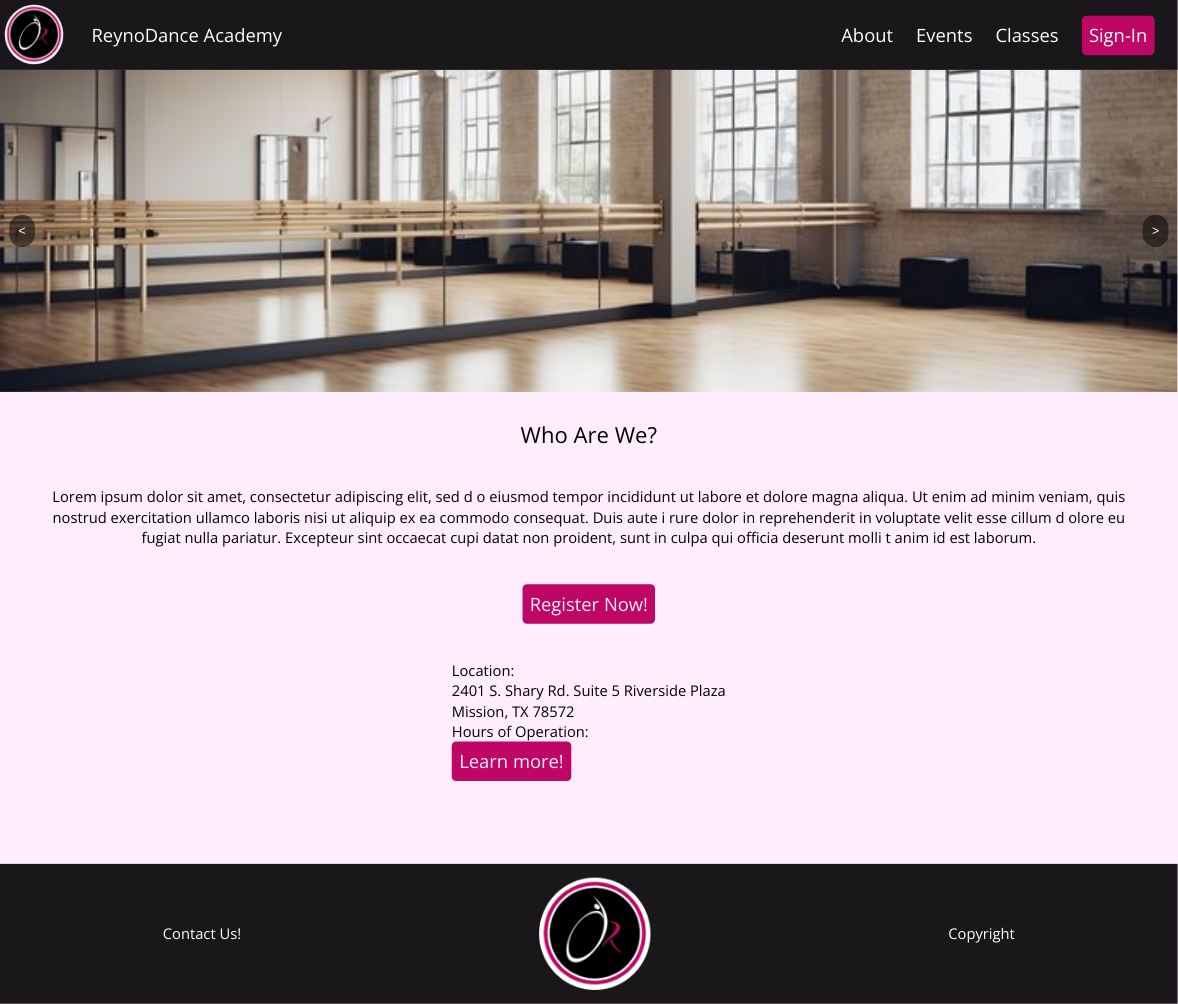
Repository: andreaelpz/reynodance-academy
Page: /
These files come from the project's save history. The page is drawn as it stood at one moment and after the next save; the edit follows.
The browser window is 1280 px wide. The pictures show the whole page, at 92% of full size.
The project was rebuilt for these pictures with package versions that can differ from the ones it lists, and the page was loaded fresh each time. Also part of the build but not shown: angular.json, src/app/about/about.component.ts, src/app/classes/classes.component.ts, src/app/events/events.component.ts, src/app/user/sign-in/sign-in.component.ts, src/app/dashboard/dashboard.component.ts, src/app/user/register/register.component.ts, src/app/login/login.component.ts.

Above is the page before, as saved 2024-11-19 23:31:12.

### src/index.html
<!doctype html>
<html lang="en">
<head>
  <meta charset="utf-8">
  <title>ReynodanceAcademy</title>
  <base href="/">
  <meta name="viewport" content="width=device-width, initial-scale=1">
  <link rel="icon" type="image/x-icon" href="/assets/images/logo.png">
</head>
<body>
  <app-root></app-root>
</body>
</html>

### src/styles.css
/* You can add global styles to this file, and also import other style files */
@import url('https://fonts.googleapis.com/css2?family=Open+Sans:wght@300;400;500;600;700;800&display=swap');

:root {
  --black: rgb(0,0,0,.9);
  --lightPink: #FFEDFE;
  --hotPink: #BE0765;
}

body {
  margin: 0;
  background: var(--lightPink);
  font-family: 'Open Sans', sans-serif;
  font-weight: 300;
  color: white;
}

### src/app/app.module.ts
import { NgModule } from '@angular/core';
import { BrowserModule } from '@angular/platform-browser';
import { FormsModule } from '@angular/forms';
import { AppRoutingModule } from './app-routing.module';

import { AppComponent } from './app.component';
import { NavbarComponent } from './navbar/navbar.component';
import { AboutComponent } from './about/about.component';
import { ClassesComponent } from './classes/classes.component';
import { EventsComponent } from './events/events.component';
import { RegisterComponent } from './user/register/register.component';
import { LoginComponent } from './login/login.component';
import { SignInComponent } from './user/sign-in/sign-in.component';
import { DashboardComponent } from './dashboard/dashboard.component';
import { HomeComponent } from './home/home.component';
import { FooterComponent } from './footer/footer.component';

@NgModule({
  declarations: [
    AppComponent,
    NavbarComponent,
    AboutComponent,
    ClassesComponent,
    EventsComponent,
    RegisterComponent,
    LoginComponent,
    SignInComponent,
    DashboardComponent,
    HomeComponent,
    FooterComponent
  ],
  imports: [
    BrowserModule,
    AppRoutingModule,
    FormsModule
  ],
  providers: [],
  bootstrap: [AppComponent]
})
export class AppModule { }

### src/app/app-routing.module.ts
import { NgModule } from '@angular/core';
import { RouterModule, Routes } from '@angular/router';
import { AboutComponent } from './about/about.component';
import { ClassesComponent } from './classes/classes.component';
import { EventsComponent } from './events/events.component';
import { SignInComponent } from './user/sign-in/sign-in.component';
import { DashboardComponent } from './dashboard/dashboard.component';
import { HomeComponent } from './home/home.component';
import { RegisterComponent } from './user/register/register.component';

const routes: Routes = [
  {path: 'about', component: AboutComponent, title:"About - ReynoDance"},
  {path: 'classes', component: ClassesComponent, title:"Classes - ReynoDance"},
  {path: 'events', component: EventsComponent, title:"Events - ReynoDance"},
  {path: 'register', component: RegisterComponent, title:"Register - ReynoDance"},
  {path: 'sign-in', component: SignInComponent, title:"Sign-In - ReynoDance"},
  {path: 'dashboard', component: DashboardComponent, title:"Dashboard - ReynoDance"},
  {path: '', component: HomeComponent, title:"ReynoDance Academy"}
];

@NgModule({
  imports: [RouterModule.forRoot(routes)],
  exports: [RouterModule]
})
export class AppRoutingModule { }

### src/app/app.component.ts
import { Component } from '@angular/core';

@Component({
  selector: 'app-root',
  templateUrl: './app.component.html',
  styleUrls: ['./app.component.css']
})
export class AppComponent {
  title = 'reynodance-academy';
}

### src/app/home/home.component.ts
import { Component } from '@angular/core';

@Component({
  selector: 'app-home',
  templateUrl: './home.component.html',
  styleUrls: ['./home.component.css']
})
export class HomeComponent {
  images: string[] = ['studio.jpg', 'girls.jpg', 'solo.jpg'];
  currentIndex: number = 0;

  nextPic(): number{
    this.currentIndex++;

    if (this.currentIndex === this.images.length){
      this.currentIndex = 0;
    }

    return this.currentIndex;
  }

  prevPic(): number{
    if (this.currentIndex === 0){
      this.currentIndex = this.images.length - 1;
      return this.currentIndex;
    }

    this.currentIndex--;

    return this.currentIndex;
  }

  getImagePath(): string{
    return `/assets/images/${this.images[this.currentIndex]}`;
  }
}

### src/app/navbar/navbar.component.html
<div class = "container">
  <div class = "left">
    <a href = ""> <img class = "logo" src="/assets/images/logo.png" alt="Logo"/> </a>
    <a href = "">ReynoDance Academy</a>
  </div>
  <div class = "right">
    <a href = "/about">About</a>
    <a href = "/events">Events</a>
    <a href = "/classes">Classes</a>
    <a class = "sign-in" href = "/sign-in">Sign-In</a>
  </div>
</div>

### src/app/navbar/navbar.component.css
.container{
  display: flex;
  justify-content: space-between;
  font-size: 20px;
  background-color: var(--black);
}

.left{
  display: flex;
  align-items: center;
  margin-left: 5px;
}

.left *{
  margin-right: 15px;
}

.logo{
  height: 65px;
  border-radius: 100%;
  margin-top: 5px;
}

.right{
  display: flex;
  align-items: center;
  margin-right: 25px;
}

.right *{
  margin-left: 25px;
}

a{
  text-decoration: none;
  color: white;
}

.sign-in{
  background-color: var(--hotPink);
  padding: 8px;
  border-radius: 5px;
}

.sign-in:hover{
  border-color: 10px solid var(--hotPink);
  background-color: #FFEDFE;
  color: var(--hotPink);
  font-size: 18px;
  font-weight: 400;
  border-color: var(--hotPink)
}

### src/app/home/home.component.html

    <div class = "pictures">
        <button type = "picsButton" (click) = prevPic()><</button>
        <img alt = "ReynoDance" [src]="getImagePath()">
        <button type = "picsButton" (click) = nextPic()>></button>
    </div>
<div class = "container">
    <div class = "intro">
        <div class = "title">Who Are We?</div>
        <div class = "summary">
            Lorem ipsum dolor sit amet, consectetur adipiscing elit, sed d
            o eiusmod tempor incididunt ut labore et dolore magna aliqua.
            Ut enim ad minim veniam, quis nostrud exercitation ullamco
            laboris nisi ut aliquip ex ea commodo consequat. Duis aute i
            rure dolor in reprehenderit in voluptate velit esse cillum d
            olore eu fugiat nulla pariatur. Excepteur sint occaecat cupi
            datat non proident, sunt in culpa qui officia deserunt molli
            t anim id est laborum.
        </div>
    </div>

    <div>
        <button type = "button" [routerLink] = "['/register']" class = "register">Register Now!</button>
    </div>

    <div>
        <div class = "moreInfo">
            <div class = "location">
                Location: <br>
                2401 S. Shary Rd. Suite 5 Riverside Plaza <br>
                Mission, TX 78572
            </div>
            <div class = "hours">
                Hours of Operation: <br>

            </div>
        </div>
        <button type = "button" [routerLink] = "['/about']" class = "learnMore">Learn more!</button>
    </div>

</div>

### src/app/home/home.component.css
.pictures {
  display: flex;
  width: 100%;
  height: 350px;
  flex-direction: row;
  justify-content: space-between;
  overflow: hidden;
  position: relative;
}

img {
  width: 100%;
  height: 100%;
  object-fit: cover; /* crop excess */
}

.pictures button {
  position: absolute;
  top: 50%;
  transform: translateY(-50%);
  background-color: rgba(0, 0, 0, 0.5);
  color: white;
  border: none; /* Remove borders */
  padding: 10px;
  cursor: pointer;
  border-radius: 25px;
}

.pictures button:hover {
  background-color: rgba(0, 0, 0, 0.7);
}

.pictures button:first-of-type {
  left: 10px;
}

.pictures button:last-of-type {
  right: 10px;
}

.container{
  color:black;
  display:flex;
  flex-direction: column;
  justify-content: center;
  align-items: center;
  padding: 30px 50px 50px 50px;
}

.title{
  text-align: center;
  display: flex;
  justify-content: center;
  margin-bottom: 40px;
  font-size: 24px;
  font-weight:400;
}

.summary{
    text-align: center;
    display: flex;
    justify-content: center;
    margin-bottom: 40px;
}

.register{
  background-color: var(--hotPink);
  padding: 8px;
  border-radius: 5px;
  border: none;
  color: var(--lightPink);
  font-family: 'Open Sans', sans-serif;
  font-size: 20px;
  margin-bottom: 40px;
}

.register:hover{
  border-color: 10px solid var(--hotPink);
  background-color: var(--black);
  color: white;
  font-size: 19px;
  font-weight: 400;
  cursor: pointer;
}


.learnMore{
  background-color: var(--hotPink);
  padding: 8px;
  border-radius: 5px;
  border: none;
  color: var(--lightPink);
  font-family: 'Open Sans', sans-serif;
  font-size: 20px;
  margin-bottom: 40px;
}

.learnMore:hover{
  border-color: 10px solid var(--hotPink);
  background-color: var(--black);
  color: white;
  font-size: 19px;
  font-weight: 400;
  cursor: pointer;
}

### src/app/footer/footer.component.html
<div class = "container">
    <div class = "links">Contact Us!</div>
    <img class = "logo" src="/assets/images/logo.png">
    <div class = "copyright">Copyright</div>
</div>

### src/app/footer/footer.component.css
.container{
    background-color: var(--black);
    display: flex;
    flex-direction: row;
    justify-content: space-around;
    padding: 15px;
    align-items: center;
}

Loaded but not shown: src/main.ts (common file); src/app/navbar/navbar.component.ts (common file); src/app/footer/footer.component.ts (common file); src/app/app.component.html (common file); src/app/app.component.css (no stored copy; drawn as an empty file)

After the next save:
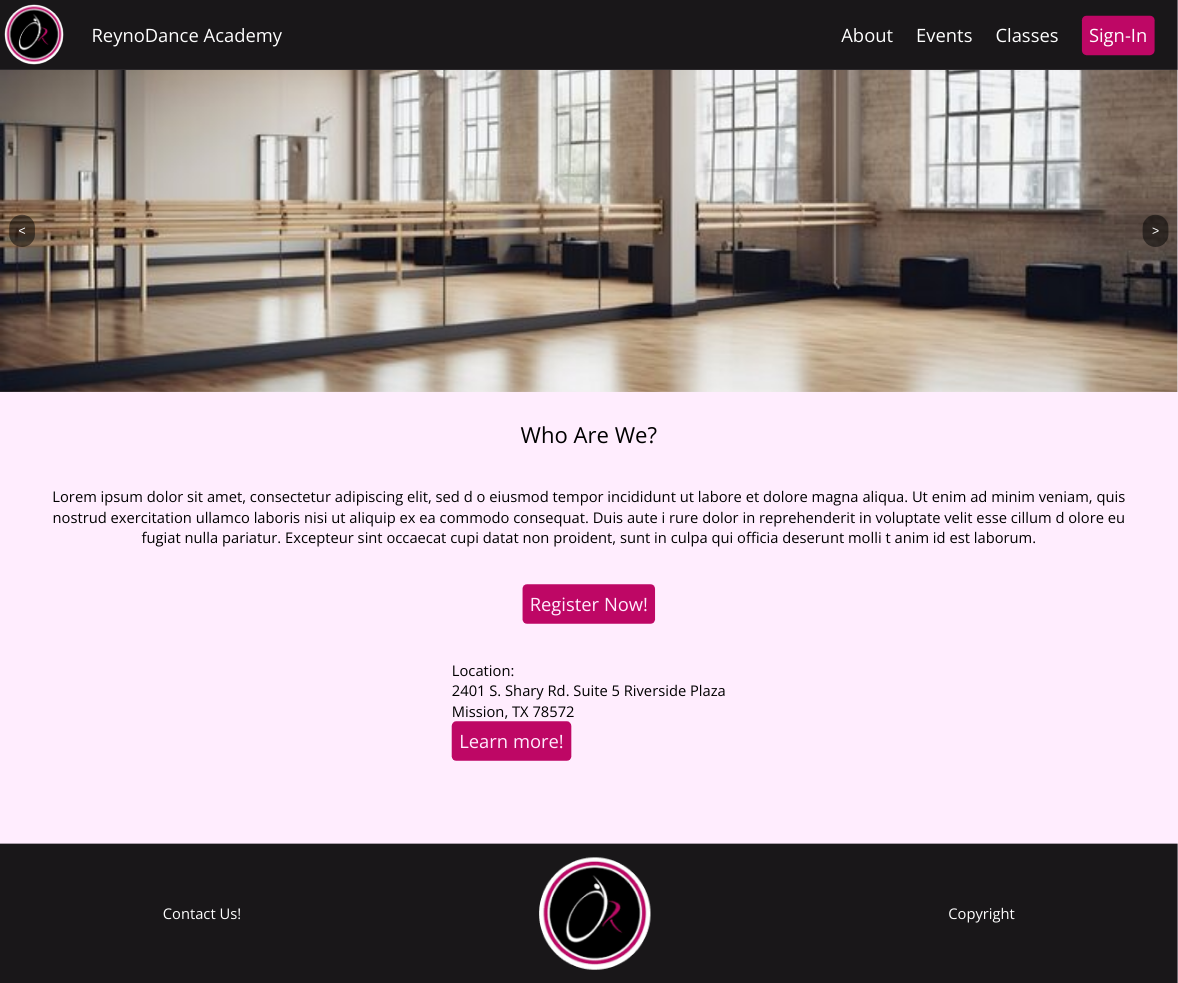
Saved 6 s later.
--- a/src/app/home/home.component.html
+++ b/src/app/home/home.component.html
@@ -30,10 +30,6 @@
                 2401 S. Shary Rd. Suite 5 Riverside Plaza <br>
                 Mission, TX 78572
             </div>
-            <div class = "hours">
-                Hours of Operation: <br>
-
-            </div>
         </div>
         <button type = "button" [routerLink] = "['/about']" class = "learnMore">Learn more!</button>
     </div>
